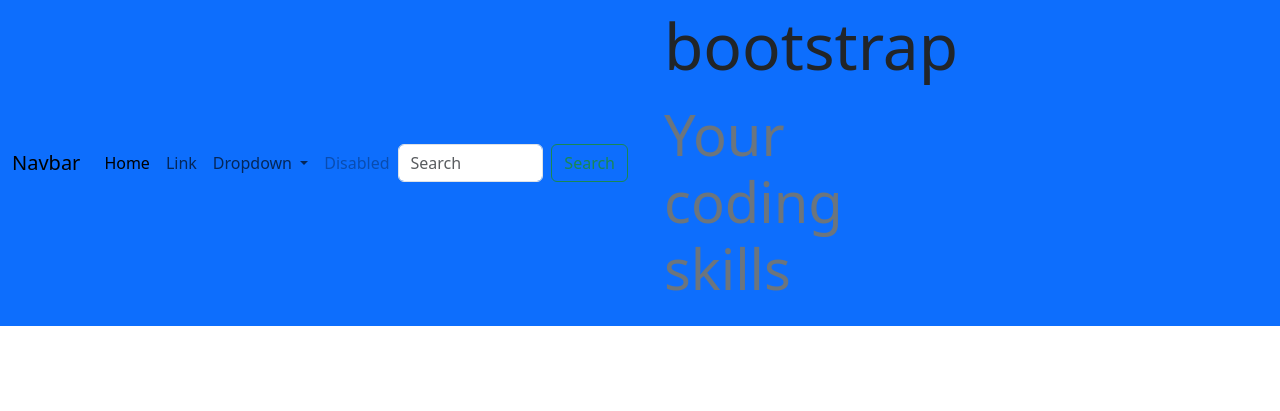
Repository: Riyakashiwala/practical
Page: riya 6th sem/book website.html
The author's editor kept a copy of each file at every save. The page is drawn from the files as they stood at one save, then again after the next save.
The browser window is 1280 px wide. The pictures show the whole page.

Above is the page before, as saved 2024-12-11 06:38:21.

After the next save:
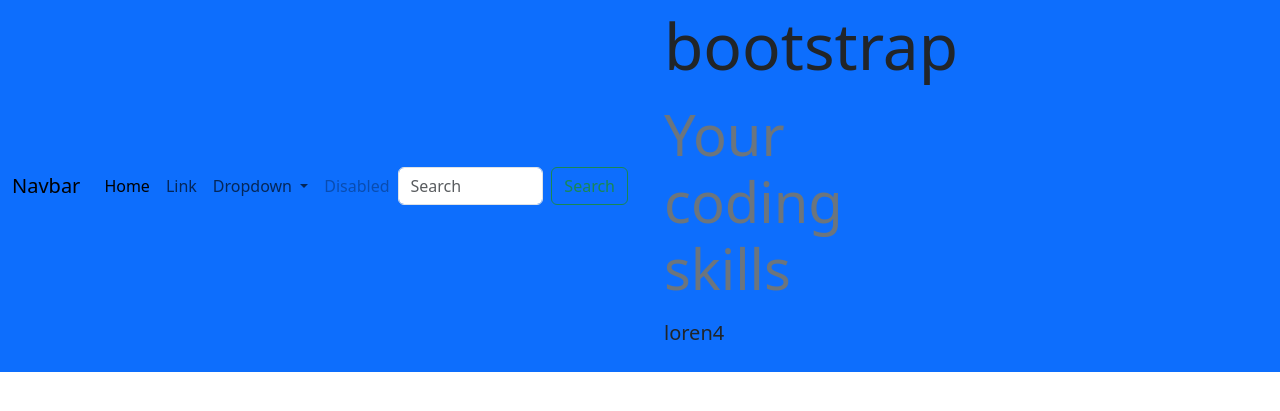
Saved 12 s later.
--- a/riya 6th sem/book website.html
+++ b/riya 6th sem/book website.html
@@ -51,7 +51,7 @@
                     <div class="col-6">
                         <p class="display-3">bootstrap</p>
                         <p class="display-4 text-secondary">Your coding skills</p>
-                        <p class=""></p>
+                        <p class="lead">loren4</p>
                     </div>
                 </div>
             </section>
